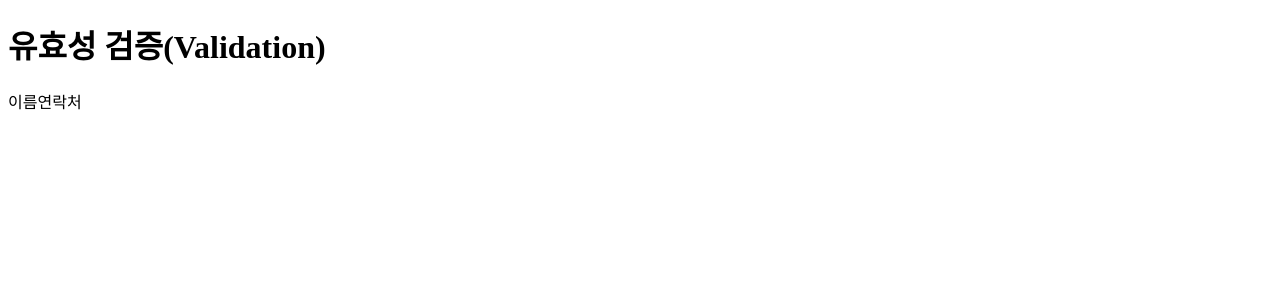
Repository: brotherdoor/myworkplace
Page: http://localhost/AjaxWithXML/validation.jsp
These files come from the project's save history. The page is drawn as it stood at one moment and after the next save; the edit follows.
The browser window is 1280 px wide. The pictures show the whole page.
Some web libraries are served in a nearby version. The page is served by Tomcat 9.

Above is the page before, as saved 2017-03-10 02:32:51.

After the next save:
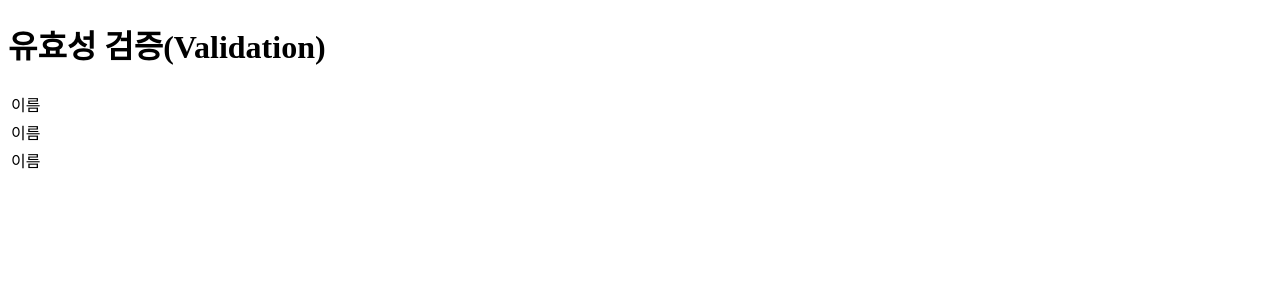
Saved 23 s later.
--- a/mybatis/AjaxWithXML/WebContent/validation.jsp
+++ b/mybatis/AjaxWithXML/WebContent/validation.jsp
@@ -11,9 +11,9 @@
 <body>
 	<h1>유효성 검증(Validation)</h1>
 	<table>
-	<tr>이름</tr>
-	<tr></tr>
-	<tr>연락처</tr>
+	<tr><td>이름</td></tr>
+	<tr><td>이름</td></tr>
+	<tr><td>이름</td></tr>
 	</table>
 
 </body>
